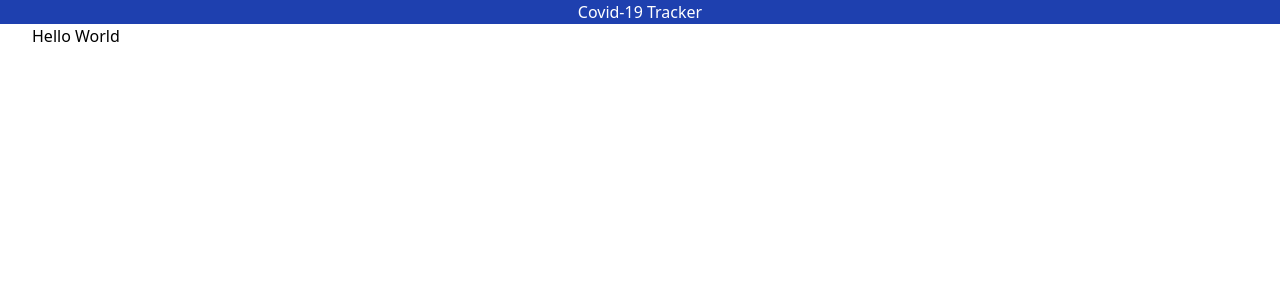
Repository: starcode72/vue-covid-tracker
Page: /
The author's editor kept a copy of each file at every save. The page is drawn from the files as they stood at one save, then again after a run of saves.
The browser window is 1280 px wide. The pictures show the whole page.
The project was rebuilt for these pictures with package versions that can differ from the ones it lists, and the page was loaded fresh each time. Also part of the build but not shown: vue.config.js.

Above is the page before, as saved 2022-04-30 08:27:50.

After the next 2 saves:
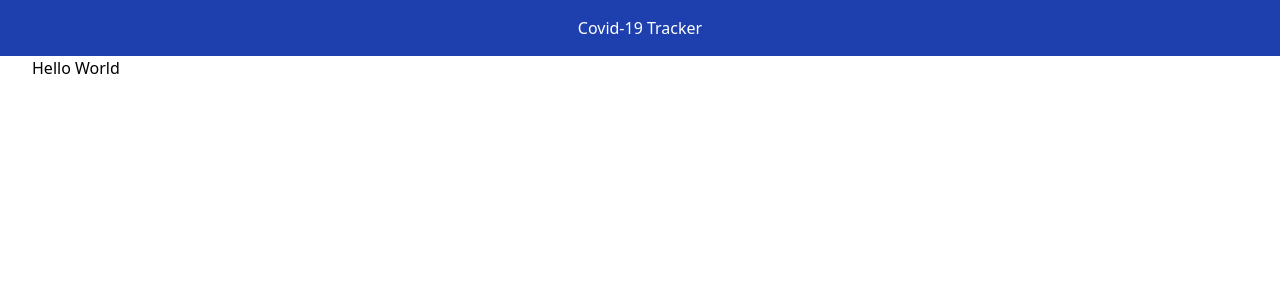
The 2 saves are shown as one change because they came seconds apart.
The last was saved 15 s later.
--- a/src/components/Header.vue
+++ b/src/components/Header.vue
@@ -1,5 +1,5 @@
 <template>
-  <header class="text-center bg-blue-800 text-white" >
+  <header class="text-center bg-blue-800 text-white p-4" >
     <div>Covid-19 Tracker</div>
   </header>
 </template>
